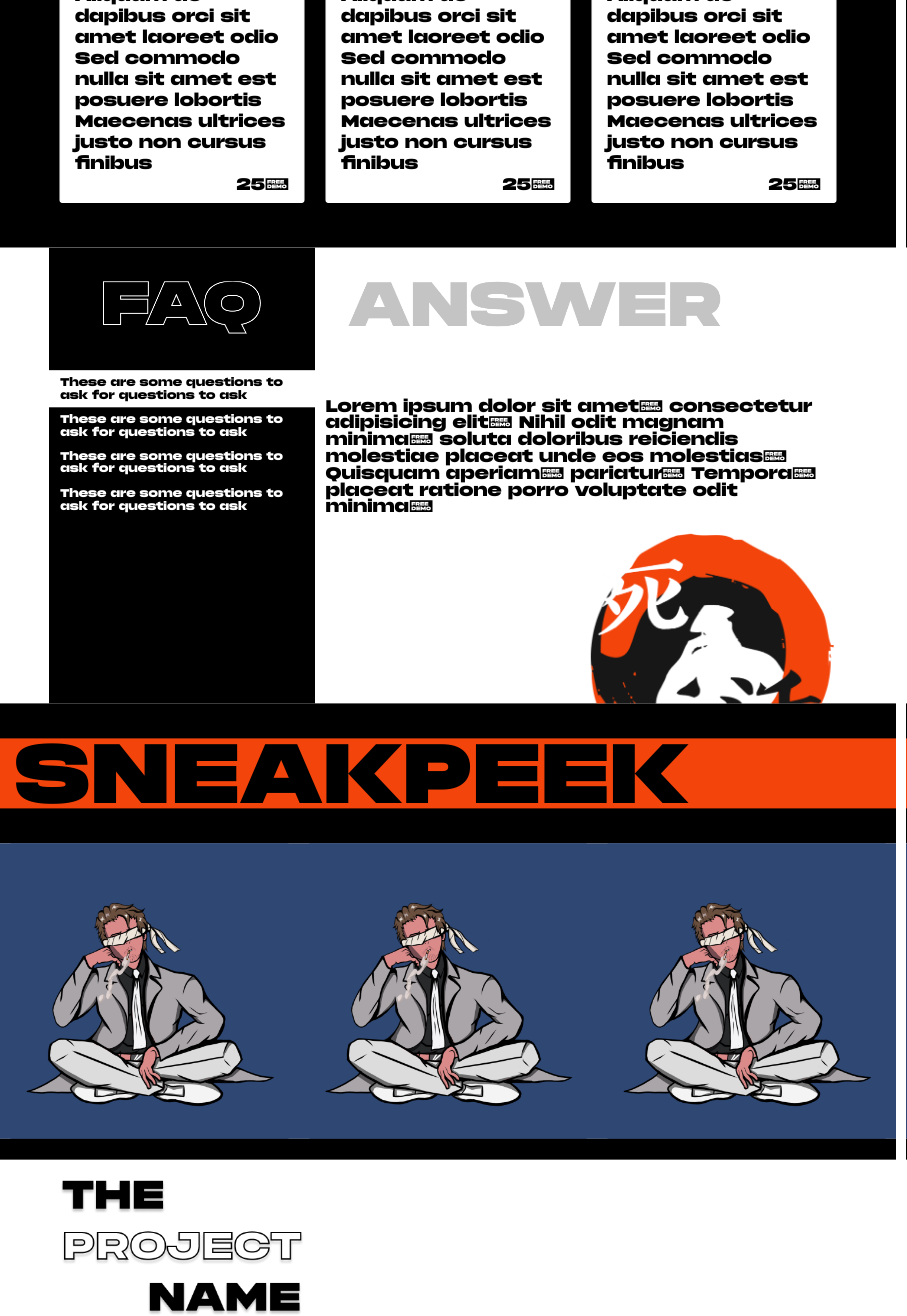
Repository: danishmahmoodawan/Sneakpeak
Page: /
The author's editor kept a copy of each file at every save. The page is drawn from the files as they stood at one save, then again after the next save.
The browser window is 1280 px wide. The page is 1295 px wide, so the pictures cover 1295 px, including what lies to the right of the window. The pictures show the part of the page from y = 1347 to 3227 px (the page is 3227 px tall), at 70% of full size.
The project was rebuilt for these pictures with package versions that can differ from the ones it lists, and the page was loaded fresh each time.

Above is the page before, as saved 2022-02-28 22:10:05.

After the next save:
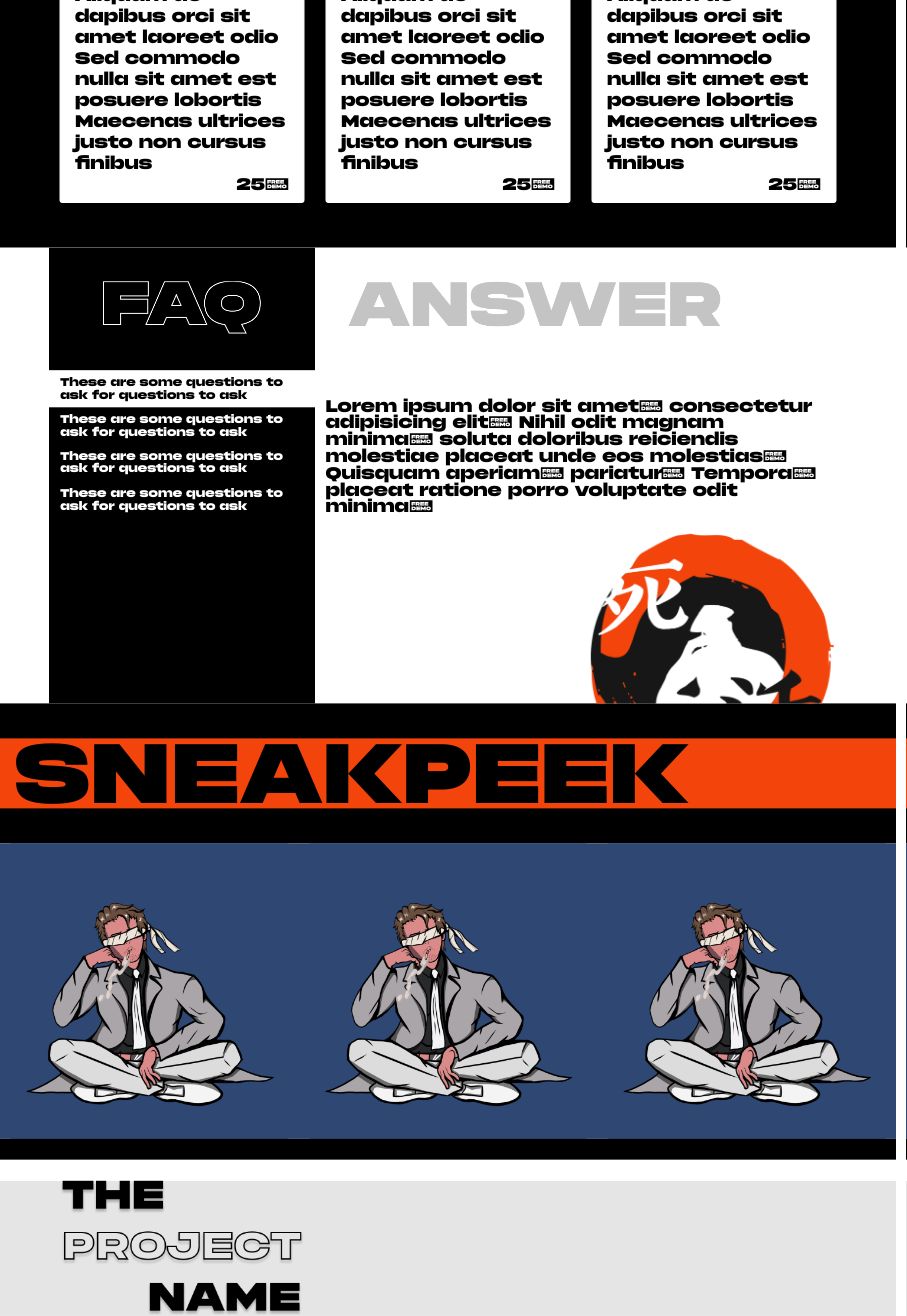
Saved 82 s later.
--- a/public/assets/css/style.css
+++ b/public/assets/css/style.css
@@ -95,7 +95,7 @@ height: 30px;
 background: white;
 }
 .section_seven{
-background: rgba(255, 255, 255, 0.5);
+background:#E5E5E5;
 }
 .top_content .button{
   font-family: VT323;
